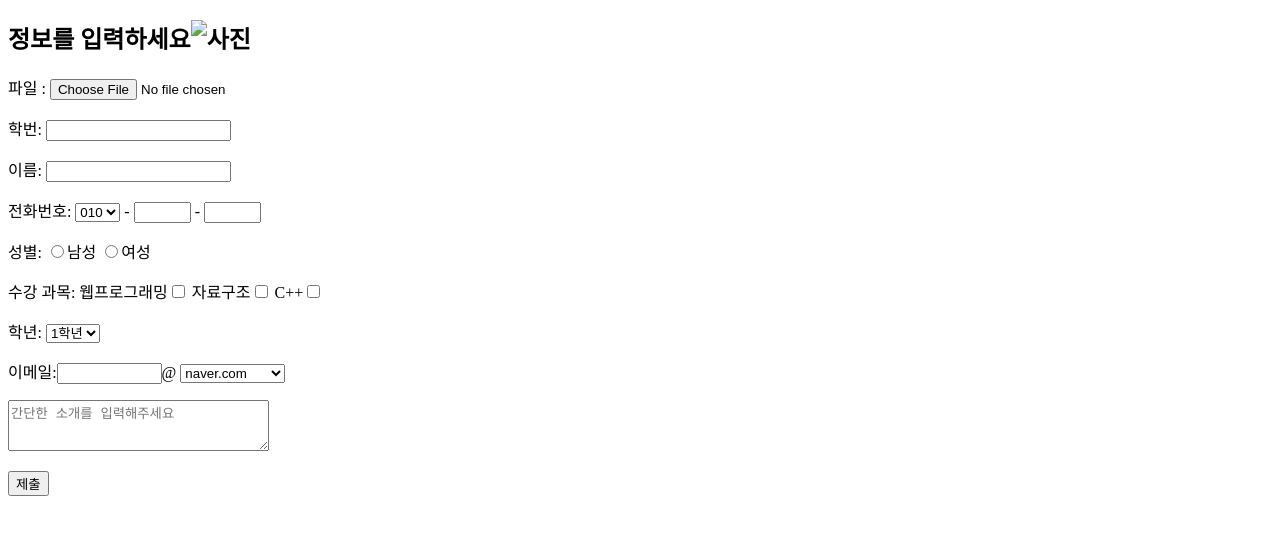
Repository: xxeionw/java_form
Page: http://localhost/formpro/form.jsp
An editor plug-in stored every save of this project. The page is shown before and after the next save, followed by the edit.
The browser window is 1280 px wide. The pictures show the whole page.
The page is served by Tomcat 9. Other server files are loaded and not shown.

Above is the page before, as saved 2025-05-27 09:52:43.
Not found: formpro/formpro/image/pencil.jpg

### formpro/src/main/webapp/form.jsp
<%@ page language="java" contentType="text/html; charset=UTF-8"
    pageEncoding="UTF-8"%>
<!DOCTYPE html>
<html>
<head>
<meta charset="EUC-KR">
<title>입력 폼</title>
</head>
<body>
	<h2> 정보를 입력하세요<img src="image/pencil.jpg" alt="사진" width="50"></h2>
    <form action="result.jsp" method="post" enctype="multipart/form-data" >
        <p>파일 : <input type="file" name="filename">
        <p>학번: <input type="text" name="studentId"></p>
        <p>이름: <input type="text" name="name"></p>
        <p>전화번호: <select name="phone1">
        	<option value="010">010</option>
        	<option value="011">011</option>
        	<option value="02">02</option>
        </select> -
        <input type="text" maxlength="4" size="4" name="phone2"> -
        <input type="text" maxlength="4" size="4" name="phone3"></p>

        <p>성별: <input type ="radio" name ="sex" value= "남성">남성
        <input type = "radio" name ="sex" value="여성">여성

        <p>수강 과목: 웹프로그래밍<input type="checkbox" name="subject" value="웹프로그래밍">
        	자료구조<input type="checkbox" name="subject" value="자료구조">
        	C++<input type="checkbox" name="subject" value="C++">

        <p>학년:
            <select name="grade">
                <option value="1학년">1학년</option>
                <option value="2학년">2학년</option>
                <option value="3학년">3학년</option>
                <option value="4학년">4학년</option>
            </select>
        </p>

        <p>이메일:<input type="text" size="10" name="email">@
        <select name="emailaddress">
        <option value="naver.com">naver.com</option>
        <option value="gmail.com">gmail.com</option>
        <option value="daum.com">daum.com</option>
        <option value="duksung.ac.kr">duksung.ac.kr</option>
        </select>
        <p>
        <textarea name = "comment" cols="30" rows="3" placeholder="간단한 소개를 입력해주세요"></textarea>
        </p>
        <input type="submit" value="제출">
    </form>
</body>
</html>

After the next save:
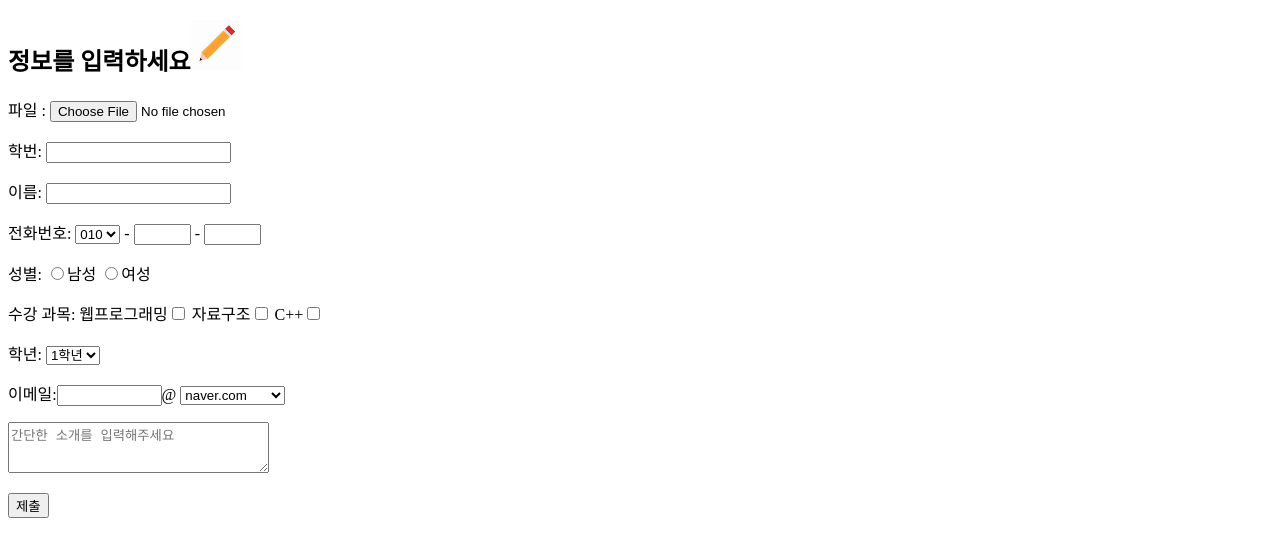
Saved 6 s later.
--- a/formpro/src/main/webapp/form.jsp
+++ b/formpro/src/main/webapp/form.jsp
@@ -7,7 +7,7 @@
 <title>입력 폼</title>
 </head>
 <body>
-	<h2> 정보를 입력하세요<img src="image/pencil.jpg" alt="사진" width="50"></h2>
+	<h2> 정보를 입력하세요<img src="image/pencil.jpeg" alt="사진" width="50"></h2>
     <form action="result.jsp" method="post" enctype="multipart/form-data" >
         <p>파일 : <input type="file" name="filename">
         <p>학번: <input type="text" name="studentId"></p>
